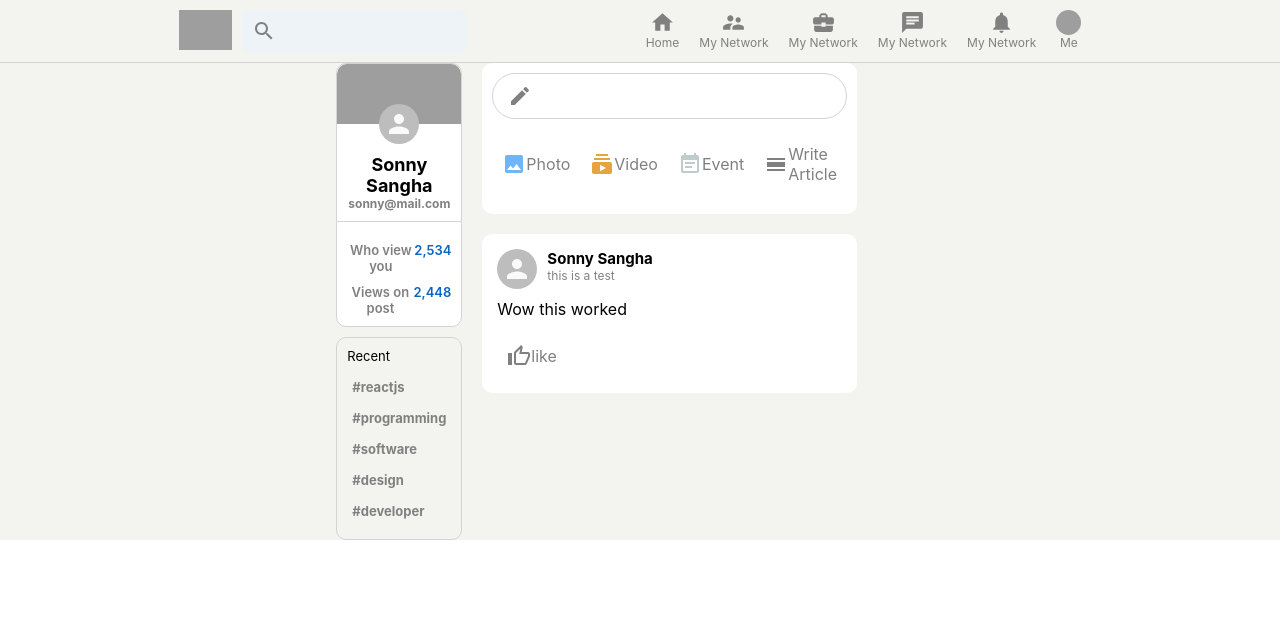
Repository: joaogamarra/linkedin-clone
Page: /
These files come from the project's save history. The page is drawn as it stood at one moment and after the next save; the edit follows.
The browser window is 1280 px wide. The pictures show the whole page.
Pictures or frames that could not be fetched are drawn as grey boxes. The project was rebuilt for these pictures with package versions that can differ from the ones it lists, and the page was loaded fresh each time.

Above is the page before, as saved 2021-02-19 14:35:25.

### src/index.js
import React from 'react'
import ReactDOM from 'react-dom'
import './index.css'
import App from './App'

ReactDOM.render(
	<React.StrictMode>
		<App />
	</React.StrictMode>,
	document.getElementById('root')
)

### src/index.css
* {
	margin: 0;
}

body {
	margin: 0;
	font-family: -apple-system, BlinkMacSystemFont, 'Segoe UI', 'Roboto', 'Oxygen', 'Ubuntu', 'Cantarell',
		'Fira Sans', 'Droid Sans', 'Helvetica Neue', sans-serif;
	-webkit-font-smoothing: antialiased;
	-moz-osx-font-smoothing: grayscale;
}

code {
	font-family: source-code-pro, Menlo, Monaco, Consolas, 'Courier New', monospace;
}

### src/App.js
import './App.css'
import Feed from './components/feed/Feed'
import Header from './components/header/Header'
import Sidebar from './components/sidebar/Sidebar'

function App() {
	return (
		<div className='App'>
			<Header />
			<div className='app__body'>
				<Sidebar />
				<Feed />
			</div>
		</div>
	)
}

export default App

### src/App.css
.App {
	background-color: #f3f3ef;
	display: flex;
	flex-direction: column;
	align-items: center;
}

.app__body {
	display: flex;
}

### src/components/feed/Feed.js
import './Feed.css'
import CreateIcon from '@material-ui/icons/Create'
import ImageIcon from '@material-ui/icons/Image'
import SubscriptionsIcon from '@material-ui/icons/Subscriptions'
import EventNoteIcon from '@material-ui/icons/EventNote'
import CalendarViewDayIcon from '@material-ui/icons/CalendarViewDay'
import InputOption from './InputOption'
import Post from './Post'

const Feed = () => {
	return (
		<div className='feed'>
			<div className='feed__inputContainer'>
				<div className='feed__input'>
					<CreateIcon />
					<form>
						<input type='text' />
						<button type='submit'>Send</button>
					</form>
				</div>
				<div className='feed__inputOptions'>
					<InputOption Icon={ImageIcon} title='Photo' color='#70b5f9' />
					<InputOption Icon={SubscriptionsIcon} title='Video' color='#E7A33E' />
					<InputOption Icon={EventNoteIcon} title='Event' color='#C0CBCD' />
					<InputOption Icon={CalendarViewDayIcon} title='Write Article' color='#70b5f7FC15E9' />
				</div>
			</div>

			<Post name='Sonny Sangha' description='this is a test' message='Wow this worked' />
		</div>
	)
}

export default Feed

### src/components/header/Header.js
import './Header.css'
import HeaderOption from './HeaderOption'
import SearchIcon from '@material-ui/icons/Search'
import HomeIcon from '@material-ui/icons/Home'
import SupervisorAccountIcon from '@material-ui/icons/SupervisorAccount'
import BusinessCenterIcon from '@material-ui/icons/BusinessCenter'
import ChatIcon from '@material-ui/icons/Chat'
import NotificationsIcon from '@material-ui/icons/Notifications'

const Header = () => {
	return (
		<div className='header'>
			<div className='header__left'>
				<img src='https://www.flaticon.com/svg/static/icons/svg/174/174857.svg' alt='' />

				<div className='header__search'>
					<SearchIcon />
					<input type='text' />
				</div>
			</div>
			<div className='header__right'>
				<HeaderOption Icon={HomeIcon} title='Home' />
				<HeaderOption Icon={SupervisorAccountIcon} title='My Network' />
				<HeaderOption Icon={BusinessCenterIcon} title='My Network' />
				<HeaderOption Icon={ChatIcon} title='My Network' />
				<HeaderOption Icon={NotificationsIcon} title='My Network' />
				<HeaderOption
					avatar='https://compassionate-leakey-e9b16b.netlify.app/images/IG_Sonny.jpeg'
					title='Me'
				/>
			</div>
		</div>
	)
}

export default Header

### src/components/sidebar/Sidebar.js
import './Sidebar.css'
import { Avatar } from '@material-ui/core'

const Sidebar = () => {
	const recentItem = (topic) => (
		<div className='sidebar__recentItem'>
			<span className='sidebar__hash'>#</span>
			<p>{topic}</p>
		</div>
	)

	return (
		<div className='sidebar'>
			<div className='sidebar__top'>
				<img
					src='https://images.unsplash.com/photo-1579546929518-9e396f3cc809?ixid=MXwxMjA3fDB8MHxwaG90by1wYWdlfHx8fGVufDB8fHw%3D&ixlib=rb-1.2.1&auto=format&fit=crop&w=1350&q=80'
					alt=''
				/>
				<Avatar className='sidebar__avatar' />
				<h2>Sonny Sangha</h2>
				<h4>sonny@mail.com</h4>
			</div>

			<div className='sidebar__stats'>
				<div className='sidebar__stat'>
					<p>Who view you</p>
					<p className='sidebar__statNumber'>2,534</p>
				</div>
				<div className='sidebar__stat'>
					<p>Views on post</p>
					<p className='sidebar__statNumber'>2,448</p>
				</div>
			</div>

			<div className='sidebar__bottom'>
				<p>Recent</p>
				{recentItem('reactjs')}
				{recentItem('programming')}
				{recentItem('software')}
				{recentItem('design')}
				{recentItem('developer')}
			</div>
		</div>
	)
}

export default Sidebar

### src/components/feed/Feed.css
.feed {
	flex: 0.6;
	margin: 0 20px;
}

.feed__inputContainer {
	padding: 10px 10px 20px 10px;
	margin-bottom: 20px;
	border-radius: 10px;
	background-color: white;
}

.feed__input {
	display: flex;
	padding: 10px 10px 10px 15px;
	color: gray;
	border: 1px solid lightgray;
	border-radius: 30px;
}

.feed__input > form {
	display: flex;
	width: 100%;
}

.feed__input > form > input {
	flex: 1;
	margin-left: 10px;
	outline-width: 0;
	font-weight: 600;
	border: none;
}

.feed__input > form > button {
	display: none;
}

.feed__inputOptions {
	display: flex;
	justify-content: space-evenly;
}

### src/components/feed/InputOption.js
import './InputOption.css'

const InputOption = ({ Icon, title, color }) => {
	return (
		<div className='inputOption'>
			<Icon style={{ color: color }} />
			{title}
		</div>
	)
}

export default InputOption

### src/components/feed/Post.js
import './Post.css'
import { Avatar } from '@material-ui/core'
import InputOption from './InputOption'
import ThumbUpAltOutlinedIcon from '@material-ui/icons/ThumbUpAltOutlined'

const Post = ({ name, description, message, photoUrl }) => {
	return (
		<div className='post'>
			<div className='post__header'>
				<Avatar />
				<div className='post__info'>
					<h2>{name}</h2>
					<p>{description}</p>
				</div>
			</div>

			<div className='post__body'>
				<p>{message}</p>
			</div>

			<div className='post__buttons'>
				<InputOption Icon={ThumbUpAltOutlinedIcon} title='like' color='gray' />
			</div>
		</div>
	)
}

export default Post

### src/components/header/Header.css
.header {
	position: sticky;
	top: 0;
	display: flex;
	justify-content: space-evenly;
	padding: 10px 0;
	width: 100%;
	border-bottom: 0.1px solid lightgray;
	z-index: 30;
}

.header__left {
	display: flex;
}

.header__left > img {
	object-fit: contain;
	height: 40px;
	margin-right: 10px;
}

.header__search {
	padding: 10px;
	display: flex;
	align-items: center;
	border-radius: 5px;
	height: 22px;
	color: gray;
	background-color: #eef3f8;
}

.header__search > input {
	outline: none;
	border: none;
	background: none;
}

.header__right {
	display: flex;
}

### src/components/header/HeaderOption.js
import './HeaderOption.css'
import { Avatar } from '@material-ui/core'

const HeaderOption = ({ avatar, Icon, title }) => {
	return (
		<div className='headerOption'>
			{Icon && <Icon className='headerOption__icon' />}
			{avatar && <Avatar className='headerOption__icon' src={avatar} />}
			<h3 className='headerOption__title'>{title}</h3>
		</div>
	)
}

export default HeaderOption

### src/components/sidebar/Sidebar.css
.sidebar {
	position: sticky;
	flex: 0.2;
	top: 80px;
	height: fit-content;
	border-radius: 10px;
	text-align: center;
}

.sidebar__avatar {
	margin-bottom: 10px;
}

.sidebar__top > h4 {
	color: gray;
	font-size: 12px;
}

.sidebar__top > h2 {
	font-size: 18px;
}

.sidebar__top {
	display: flex;
	flex-direction: column;
	align-items: center;
	border: 1px solid lightgray;
	border-bottom: 0;
	border-top-left-radius: 10px;
	border-top-right-radius: 10px;
	background-color: white;
	padding-bottom: 10px;
}

.sidebar__top > img {
	margin-bottom: -20px;
	width: 100%;
	height: 60px;
	border-top-left-radius: 10px;
	border-top-right-radius: 10px;
}
.sidebar__stats {
	padding: 10px;
	margin-bottom: 10px;
	border: 1px solid lightgray;
	border-bottom-left-radius: 10px;
	border-bottom-right-radius: 10px;
	background-color: white;
}

.sidebar__stat {
	margin-top: 10px;
	display: flex;
	justify-content: space-between;
}

.sidebar__stat > p {
	color: gray;
	font-size: 13px;
	font-weight: 600;
}

.sidebar__statNumber {
	font-weight: bold;
	color: #0a66c2 !important;
}

.sidebar__bottom {
	text-align: left;
	padding: 10px;
	border: 1px solid lightgray;
	border-radius: 10px;
	margin-top: 10px;
}

.sidebar__bottom > p {
	font-size: 13px;
	padding-bottom: 10px;
}

.sidebar__recentItem {
	display: flex;
	font-size: 13px;
	color: gray;
	font-weight: bolder;
	cursor: pointer;
	margin-bottom: 5px;
	padding: 5px;
}

.sidebar__recentItem:hover {
	background-color: whitesmoke;
	border-radius: 10px;
	cursor: pointer;
	color: black;
}

.sidebar_hash {
	margin: 0 10px 0 5px;
}

### src/components/feed/InputOption.css
.inputOption {
	display: flex;
	align-items: center;
	padding: 10px;
	margin-top: 15px;
	color: gray;
	cursor: pointer;
}

.inputOption:hover {
	background-color: whitesmoke;
	border-radius: 10px;
}

.inputOption > h4 {
	margin-left: 5px;
}

### src/components/feed/Post.css
.post {
	padding: 15px;
	margin-bottom: 10px;
	border-radius: 10px;
	background-color: white;
}

.post__header {
	display: flex;
	margin-bottom: 10px;
}

.post__info {
	margin-left: 10px;
}

.post__info > p {
	font-size: 12px;
	color: gray;
}

.post__info > h2 {
	font-size: 15px;
}

.post__body {
	overflow-wrap: anywhere;
}

### src/components/header/HeaderOption.css
.headerOption {
	display: flex;
	flex-direction: column;
	align-items: center;
	margin-right: 20px;
	color: gray;
	cursor: pointer;
}

.headerOption:hover {
	color: black;
}

.headerOption__title {
	font-size: 12px;
	font-weight: 400;
}

.headerOption__icon {
	object-fit: contain;
	height: 25px !important;
	width: 25px !important;
}

Loaded but not shown: public/index.html (common file)

After the next save:
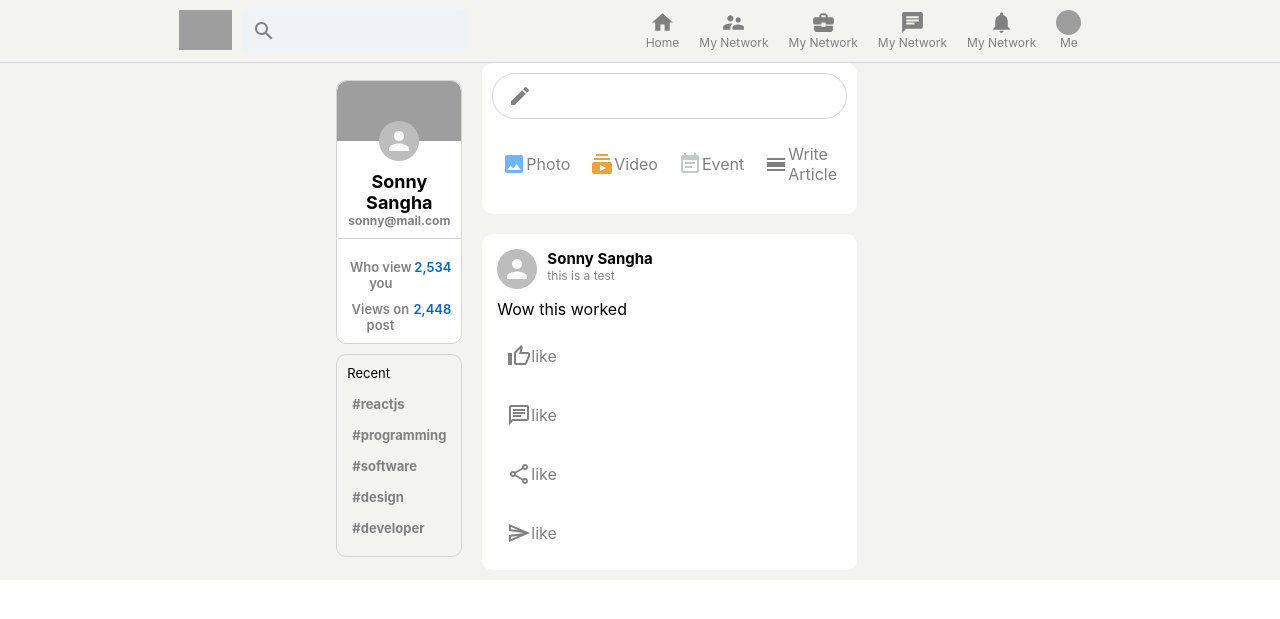
Saved 2 min 53 s later.
--- a/src/components/feed/Post.js
+++ b/src/components/feed/Post.js
@@ -2,6 +2,9 @@ import './Post.css'
 import { Avatar } from '@material-ui/core'
 import InputOption from './InputOption'
 import ThumbUpAltOutlinedIcon from '@material-ui/icons/ThumbUpAltOutlined'
+import ChatOutlinedIcon from '@material-ui/icons/ChatOutlined'
+import ShareOutlinedIcon from '@material-ui/icons/ShareOutlined'
+import SendOutlinedIcon from '@material-ui/icons/SendOutlined'
 
 const Post = ({ name, description, message, photoUrl }) => {
 	return (
@@ -20,6 +23,9 @@ const Post = ({ name, description, message, photoUrl }) => {
 
 			<div className='post__buttons'>
 				<InputOption Icon={ThumbUpAltOutlinedIcon} title='like' color='gray' />
+				<InputOption Icon={ChatOutlinedIcon} title='like' color='gray' />
+				<InputOption Icon={ShareOutlinedIcon} title='like' color='gray' />
+				<InputOption Icon={SendOutlinedIcon} title='like' color='gray' />
 			</div>
 		</div>
 	)
